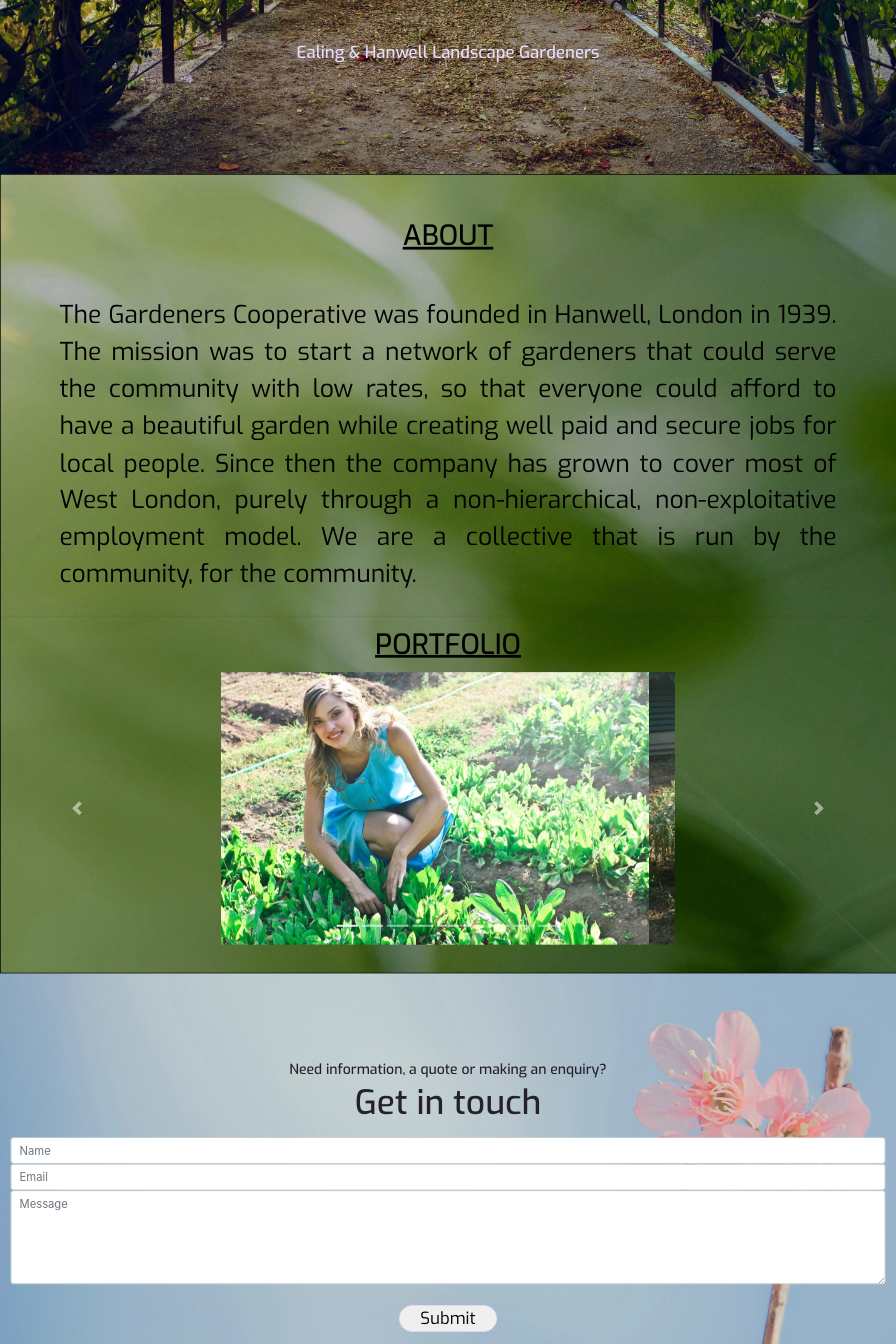
Repository: harrypars0ns/milestone-project
Page: index.html
The author's editor kept a record of every edit. The page is drawn from the files as they stood at one moment, then again after the next edit.
The browser window is 1280 px wide. The pictures show the part of the page from y = 471 to 2391 px (the page is 2532 px tall before and 2571 px after), at 70% of full size.
Backgrounds fixed to the window are drawn as part of the page.

Above is the page before.

### index.html
<!DOCTYPE html>
<html lang="en">

<head>
    <meta charset="UTF-8">
    <meta name="viewport" content="width=device-width, initial-scale=1.0">
    <meta http-equiv="X-UA-Compatible" content="ie=edge">
    <link rel="stylesheet" href="https://stackpath.bootstrapcdn.com/bootstrap/4.3.1/css/bootstrap.min.css" type="text/css" />
    <link rel="stylesheet" href="https://stackpath.bootstrapcdn.com/font-awesome/4.7.0/css/font-awesome.min.css" type="text/css" />
    <link rel="stylesheet" href="assets/css/style.css" type="text/css" />
    <title>Milestone</title>
</head>

<body>
    <!------------------------------------------------------NAV&LANDING>-->
    <div class="landing">
            <nav class='fixed-top container'>
                <div class="row">
                    <div class="col-4">
                        <a href="#about">ABOUT</a>
                    </div>
                    <div class="col-4">
                        <a href="#portfolio">PORTFOLIO</a>
                    </div>
                    <div class="col-4">
                        <a href="#contact">CONTACT</a>
                    </div>
                </div>
            </nav>


        <!-----------------------------------------TITLE---------------->



        <div id="landing" class="view">

            <div class="mask rgba-black-strong">

                <div class="container-fluid d-flex align-items-center justify-content-center h-100">

                    <div class="content row d-flex justify-content-center text-center">

                        <div class="col-md-10 shift">

                            <h2 class="font-weight-bold pt-5 mb-2">The Gardeners Cooperative</h2>



                            <h4>Ealing & Hanwell Landscape Gardeners</h4>


                        </div>

                    </div>

                </div>

            </div>

        </div>
    </div>




    <!------------------------------------------------------------------ABOUT->-->



    <div class='about' id='about'>

        <section class="info text-center">
            <div class="">
                <h1>ABOUT</h1>
            </div>

            <div class="container">
                <div class="row">
                    <div class="col">
                        <p>The Gardeners Cooperative was founded in Hanwell, London in 1939. The mission was to start a network of gardeners that could serve the community with low rates, so that everyone could afford to have a beautiful garden while creating
                            well paid and secure jobs for local people. Since then the company has grown to cover most of West London, purely through a non-hierarchical, non-exploitative employment model. We are a collective that is run by the community,
                            for the community.</p>
                    </div>

                </div>
            </div>

        </section>
        <hr>
        <!-------------------------------------------------------------------PORTFOLIO-->
        <div class="container-fluid portfolio">
            <div class="text-center">
                <h1>PORTFOLIO</h1>
            </div>
            <div class="portfolio">
                <div id="carouselExampleIndicators" class="carousel slide" data-ride="carousel">
                    <ol class="carousel-indicators">
                        <li data-target="#carouselExampleIndicators" data-slide-to="0" class="active"></li>
                        <li data-target="#carouselExampleIndicators" data-slide-to="1"></li>
                        <li data-target="#carouselExampleIndicators" data-slide-to="2"></li>
                        <li data-target="#carouselExampleIndicators" data-slide-to="3"></li>
                        <li data-target="#carouselExampleIndicators" data-slide-to="4"></li>
                        <li data-target="#carouselExampleIndicators" data-slide-to="5"></li>
                        <li data-target="#carouselExampleIndicators" data-slide-to="6"></li>
                        <li data-target="#carouselExampleIndicators" data-slide-to="7"></li>
                        <li data-target="#carouselExampleIndicators" data-slide-to="8"></li>

                    </ol>
                    <div class="carousel-inner">
                        <div class="carousel-item active">
                            <img class="d-block w-100 responsive" src="assets/images/lady.jpg" alt="First slide">
                        </div>
                        <div class="carousel-item">
                            <img class="d-block w-100 responsive" src="assets/images/lady2.jpg" alt="Second slide">
                        </div>
                        <div class="carousel-item">
                            <img class="d-block w-100 responsive" src="assets/images/flowers.jpg" alt="Third slide">
                        </div>
                        <div class="carousel-item">
                            <img class="d-block w-100 responsive" src="assets/images/lady4.jpg" alt="Fourth slide">
                        </div>
                        <div class="carousel-item">
                            <img class="d-block w-100 responsive" src="assets/images/bench.jpg" alt="Fifth slide">
                        </div>
                        <div class="carousel-item">
                            <img class="d-block w-100 responsive" src="assets/images/bloom.jpg" alt="Sixth slide">
                        </div>
                        <div class="carousel-item">
                            <img class="d-block w-100 responsive" src="assets/images/lady3.jpg" alt="Seventh slide">
                        </div>
                        <div class="carousel-item">
                            <img class="d-block w-100 responsive" src="assets/images/adult3.jpg" alt="Eighth slide">
                        </div>
                        <div class="carousel-item">
                            <img class="d-block w-100 responsive" src="assets/images/garden.jpg" alt="Nninth slide">
                        </div>
                    </div>
                    <a class="carousel-control-prev" href="#carouselExampleIndicators" role="button" data-slide="prev">
                        <span class="carousel-control-prev-icon" aria-hidden="true"></span>
                        <span class="sr-only">Previous</span>
                    </a>
                    <a class="carousel-control-next" href="#carouselExampleIndicators" role="button" data-slide="next">
                    <span class="carousel-control-next-icon" aria-hidden="true"></span>
                    <span class="sr-only">Next</span>
                    </a>
                </div>


            </div>


        </div>
    </div>

    <!-------------------------------------------------------------------CONTACT-->


    <div class='contact' id='contact'>

        <section class='container-fluid'>
            <div class="row form-page">
                <div class="col">
                    <div class="contact-info">
                        <h5 class='contact-heading question'>Need information, a quote or making an enquiry?</h4>
                            <h2 class='contact-heading'>Get in touch</h2>
                    </div>
                    <div class="form">
                        <form>
                            <input type="text" name="name" id "fullname" class='form-control' placeholder='Name' required/>
                            <input type="email" name="email" id "email" class='form-control' placeholder='Email' required/>
                            <textarea rows='5' name="message" id "message" class='form-control' placeholder='Message' required/></textarea>
                            <div class="submit">
                                <input id='submit' type="submit" value="Submit" />
                            </div>
                        </form>
                    </div>
                </div>
            </div>
        </section>


        <div class="footer" id='footer'>
            <div class="iconwrapper" <a href="#" class="fa fa-facebook">
                </a>
                <a href="#" class="fa inner fa-twitter" target='_blank'></a>
                <a href="#" class="fa inner fa-youtube" target='_blank'></a>
                <a href="#" class="fa inner fa-instagram" target='_blank'></a>
                <a href="#" class="fa inner fa-snapchat-ghost" target='_blank'></a>
                <a href="#" class="fa inner fa-facebook" target='_blank'></a>
            </div>
        </div>
    </div>








    <script src="https://code.jquery.com/jquery-3.3.1.slim.min.js" integrity="sha384-q8i/X+965DzO0rT7abK41JStQIAqVgRVzpbzo5smXKp4YfRvH+8abtTE1Pi6jizo" crossorigin="anonymous"></script>
    <script src="https://cdnjs.cloudflare.com/ajax/libs/popper.js/1.14.7/umd/popper.min.js" integrity="sha384-UO2eT0CpHqdSJQ6hJty5KVphtPhzWj9WO1clHTMGa3JDZwrnQq4sF86dIHNDz0W1" crossorigin="anonymous"></script>
    <script src="https://stackpath.bootstrapcdn.com/bootstrap/4.3.1/js/bootstrap.min.js" integrity="sha384-JjSmVgyd0p3pXB1rRibZUAYoIIy6OrQ6VrjIEaFf/nJGzIxFDsf4x0xIM+B07jRM" crossorigin="anonymous"></script>

</body>

</html>

### assets/css/style.css
@import url('https://fonts.googleapis.com/css?family=Roboto:100,100i,300,300i,400,400i,500,500i,700&display=swap');
@import url('https://fonts.googleapis.com/css?family=Exo:100,200,300,400,500,600,700&display=swap');



/*----------------------------------------- LANDING*/

.landing {
    background-image: url('../images/landing3.jpg');
    height: 100%;
    background-attachment: fixed;
    background-position: bottom;
    background-repeat: no-repeat;
    background-size: cover;
    border: 0px;
    z-index: 1;
    padding-bottom: 10%;
}


body {
    padding: 0;
    background: black;
}

html,
body,
header,
#intro {
    height: 100%;
    width: 100%;
    color: #e8dcff;


}






.content {
    margin-top: 12%;
    font-family: 'Exo', sans-serif;


}

h2 {
    font-size: 3em;
}

h4 {
    padding-top: 50%;
}




/*.btn-outline {*/
/*    color: #e8dcff;*/
/*    margin-top: 5%;*/
/*}*/

/*.btn-outline:hover {*/
/*    color: rgba(112, 241, 146, 0.9);*/
/*}*/


/*-------------------------------------------------------NAV*/

nav {
    color: #e8dcff;
    text-align: center;
    font-family: 'Exo', sans-serif;
    padding: 1%;
    background: rgba(0, 0, 0, 0.3);
    background-clip: padding-box;
    /*width: 100%;*/
}

nav a {
    color: #e8dcff;
    text-decoration: none;

}



nav a:hover {
    color: #e8dcff;
    right: 0;
    text-decoration: none;
}

nav a:hover:after {
    border-color: #e8dcff;
    right: 0;
}

nav a:after {
    border-radius: 1em;
    border-top: .1em solid #e8dcff;
    content: "";
    position: absolute;
    right: 100%;
    bottom: .14em;
    left: 0;
    transition: right .4s cubic-bezier(0, .5, 0, 1),
    border-color .4s ease-out;
}

nav a:hover:after {
    right: 0;
}





.no-padding {
    padding: 0 !important;
}




/*----------------------------------------- ABOUT*/

.about {

    background-image: url('../images/about.jpg');

    /*background-position: center;*/
    background-repeat: no-repeat;

    background-size: cover;

    border: 0.1px solid rgba(0, 0, 0, 0);

}




.info {


    font-family: "Exo", sans-serif;

    color: #000000;

    margin-top: 15%;

}

.info h1 {


    text-decoration: underline;

}

.info p {

    font-size: 1em;

    padding-top: 5%;

    text-align: justify;


}

/*----------------------------------------- portfolio*/

#portfolio {
    margin-bottom: 55px;
}

.portfolio {
    font-family: "Exo", sans-serif;

    color: #000000;



    margin-top: 1em;

    text-decoration: underline;
}



.carousel {
    margin-bottom: 40px;

}



/*----------------------------------------- CONTACT*/

.contact {

    background-image: url('../images/pink.jpg');
    background-attachment: fixed;
    background-repeat: no-repeat;
    background-size: cover;

}

.contact-info {
    font-family: "Exo", sans-serif;
    text-align: center;
    /*color: #e8dcff;*/
    color: #252129;


    margin-top: 3em;
    margin-bottom: 20px;

}

/*.contact-info h4 {*/

/*    text-decoration: uppercase;*/

/*}*/

.form {
    margin-bottom: 7%;


}

#submit {
    font-family: 'Exo', sans-serif;
    font-size: 150%;
    border: 1px solid #e8dcff;
    border-radius: 50px 50px;
    padding: 0px 30px;
}

.submit {
    text-align: center;
    padding-top: 30px;


}

/*-----------------------------------------ICONS/FOOTER*/

.footer {
    text-align: center;
    padding-bottom: 30px;
    /*padding-bottom: -10px;*/
}

.iconwrappper {}

.icon {
    display: inline-block;
    text-align: center;


}



.fa {
    padding-top: 5px;
    font-size: 30px;
    height: 40px;
    width: 40px;
    text-align: center;
    text-decoration: none;
    border-radius: 50%;
    background: #fff;
    color: white;
    opacity: 0.5;
}

.fa:hover {
    opacity: 0.9;
    text-decoration: none;
    color: #000;
}

.inner {
    padding-left: 1px;
    color: #000;
}

.fa-youtube {
    padding-right: 1px;

}

/*--------------------------------------------MEDIA Queries */

@media (min-height: 750px) {
    h4 {
        margin-top: 70%;
    }
}

@media (max-height: 500px) {
    .btn {
        margin-top: 0px;
    }
    h4 {
        margin-top: 0%;
        padding-top: 0%;
    }
}

@media (max-width: 1000px) {
    .info p {
        font-size: 21px;
    }
}

@media (min-width: 600px) {
    h4 {
        padding-top: 0px;
    }
    .info {
        margin-top: 5%;
    }
}

@media (min-width: 1000px) {

    h4 {
        margin-top: 50%;
    }



    .info {

        font-size: 2.2em;

    }

    .portfolio h2 {
        padding-top: 50px;
    }

    .carousel {
        padding: 0px 300px;
    }

    .contact-info {
        margin-top: 10%;
    }

       .shift {
        position: relative;
        bottom: 30px;
    }

}



@media (min-width: 1300px) {
    .form {
        padding-right: 250px;
        padding-left: 250px
    }

}

After the next edit:
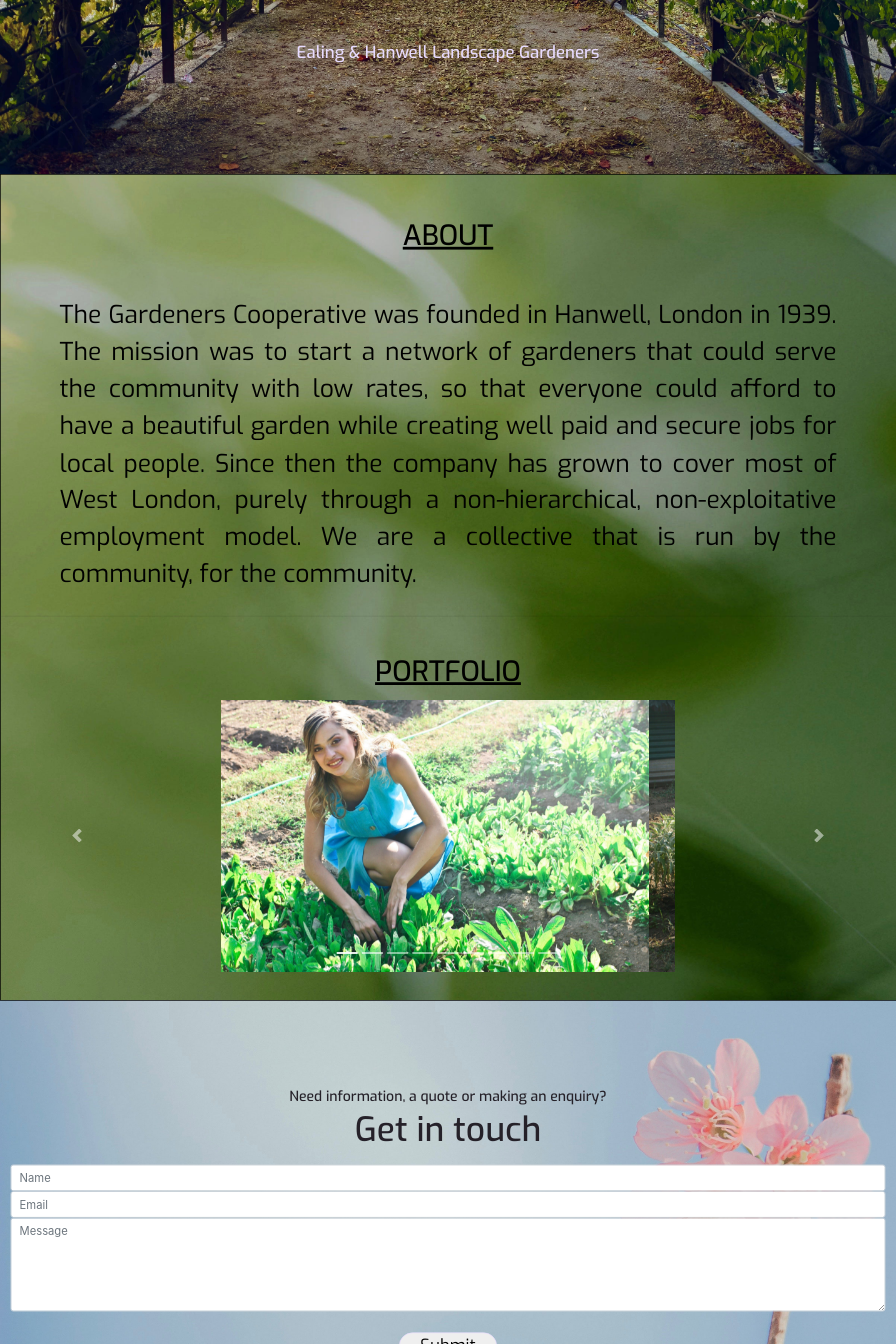
The edit:
--- a/index.html
+++ b/index.html
@@ -87,7 +87,7 @@
             </div>
 
         </section>
-        <hr>
+        <hr id='portfolio'>
         <!-------------------------------------------------------------------PORTFOLIO-->
         <div class="container-fluid portfolio">
             <div class="text-center">
